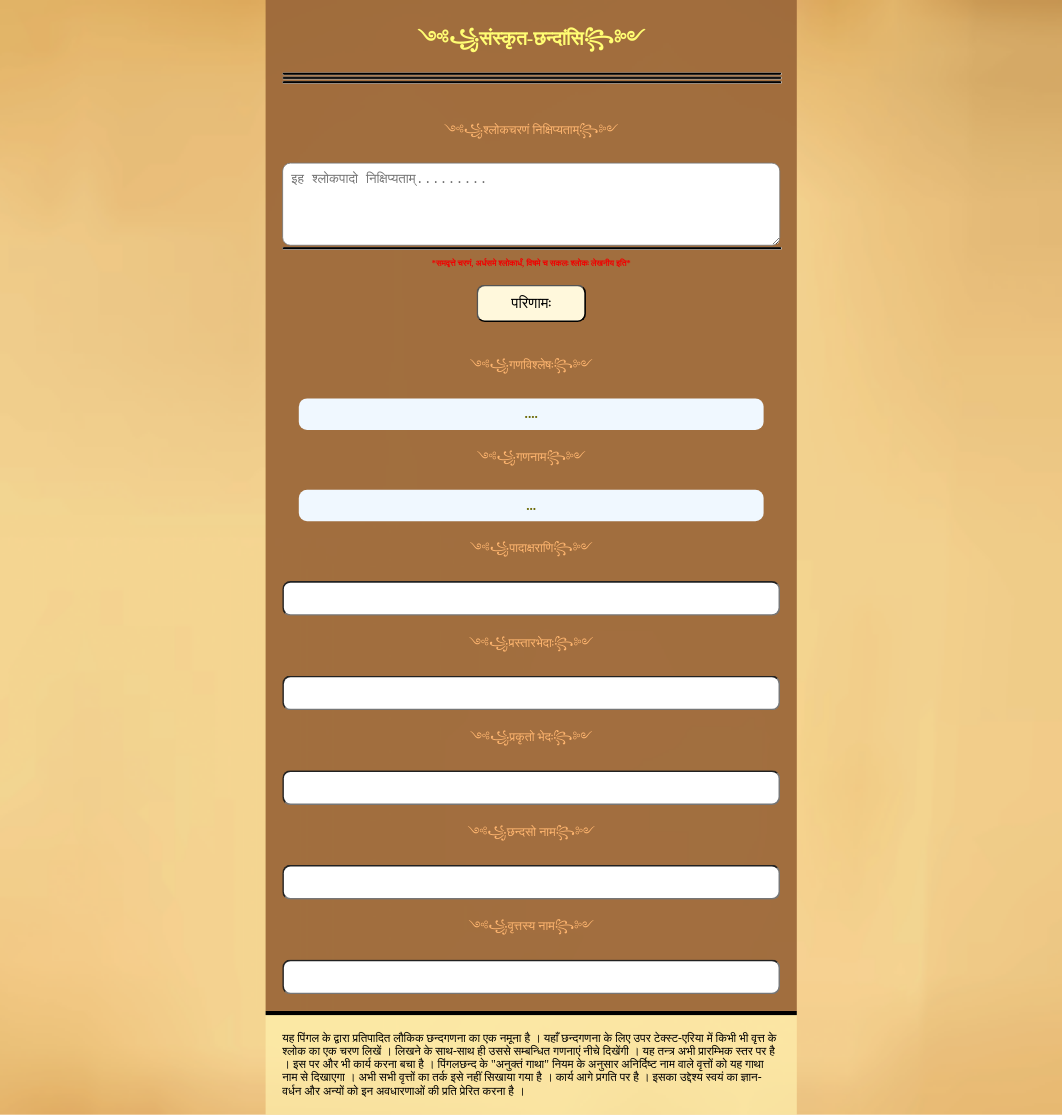
Repository: arshavak/pingala_chhand_shastram
Page: index.html
An editor plug-in stored every save of this project. The page is shown before and after a run of saves, followed by the edit.
The browser window is 1280 px wide. The pictures show the whole page, at 83% of full size.

Above is the page before, as saved 2024-10-20 17:07:18.

### index.html

<head>
<title>संस्कृत-छन्दांसि</title>
<meta name="viewport" content="width=device-width, initial-scale=1.0">

<link rel="stylesheet"  href="style.css">

</head>
<body>
<div class="contaner" id="contaner">

<h3>༺꧁संस्कृत-छन्दांसि꧂༻
</h3>
<hr><hr><hr><br>
<label for="h3">༺꧁श्लोकचरणं निक्षिप्यताम्꧂༻</label>

<textarea placeholder="इह श्लोकपादो निक्षिप्यताम्.........
" id="inp" onkeyup="lagabodhakam();"></textarea>
<hr>
<b id="note">*समवृत्ते चरणं, अर्धसमे श्लोकार्धं, विषमे च सकलः श्लोकः लेखनीय इति*</b>
<button id="btn" onclick="lagabodhakam()">परिणामः</button>
<label>༺꧁गणविश्लेषः꧂༻</label>
<h4 id="SI_vichched">....</h4>
<h4 id="falani"></h4>
<label>༺꧁गणनाम꧂༻</label>
<h4 id="fl">...</h4>
<label>༺꧁पादाक्षराणि꧂༻</label>
<input id="padaksharani" type="number"  readonly="" title="number"/>
<label>༺꧁प्रस्तारभेदाः꧂༻</label>
<input id="prastarabhedah" type="number" readonly="" title="number"/>
<label>༺꧁प्रकृतो भेदः꧂༻</label>
<input id="prakritobhedah" type="number" readonly="" title="number"/>
<label>༺꧁छन्दसो नाम꧂༻</label>
<input id="chhandasonama" type="text" readonly="" title="number"/>

<label>༺꧁वृत्तस्य नाम꧂༻</label>
<input id="vname" type="text" readonly="" title="number"/>
<span id="ktmtest"></span>

</div>

<div class="vivaran">

 <p>
     यह पिंगल के द्वारा प्रतिपादित लौकिक छन्दगणना का एक नमूना है ।
     यहाँ छन्दगणना के लिए उपर टेक्स्ट-एरिया में किभी भी वृत्त के  श्लोक का एक चरण लिखें । लिखने के साथ-साथ ही उससे सम्बन्धित गणनाएं नीचे  दिखेंगी । यह तन्त्र अभी प्रारम्भिक स्तर पर है । इस पर और भी कार्य करना बचा है । पिंगलछन्द के "अनुक्तं गाथा" नियम के अनुसार अनिर्दिष्ट नाम वाले वृत्तों  को यह गाथा नाम से दिखाएगा । अभी सभी वृत्तों का तर्क इसे नहीं सिखाया गया है । कार्य आगे प्रगति पर है । इसका उद्देश्य स्वयं का ज्ञान-वर्धन और अन्यों को इन अवधारणाओं की प्रति प्रेरित करना है ।

 </p>

</div>
<script src="Javascript files/main-script.js"></script>
<script src="Javascript files/vritt-script.js"></script>
<script src="Javascript files/gan-script.js"></script>
</body>

### style.css


*{
  padding: 0;
  margin: 0;

}

body {
  background-image: url("fotos/bgchh.png");
  background-position: center;
  background-repeat: no-repeat;

  background-size: cover;
  font-size: 20px;
}
label {
  margin-top: 15px;
  margin-bottom: 15px;
  display: block;
  font-size: 15px;
  color:#ffb670;
}

#note{
  font-size: 10px;
  margin-top: 10px;
  display: block;
  color: rgb(241, 0, 0);
}

textarea {
  min-width: 100%;
  resize: vertical;
  min-height: 100px;
  padding: 10px;
  border-radius: 10px;
  font-size: 16px;
}

input{
  outline: none;
  width: 100%;
  padding: 10px;
  border-radius: 10px;
  font-size: 16px;
}

#btn{
  margin: 20px;
  background-color: cornsilk;
  display: inline-block;
  padding: 10px 40px;
  border-radius: 10px;
  font-weight: 400px;
  font-size: 18px;
  cursor: pointer;
  transition: background-color 0.3s ease;
}

#btn :hover{
  background-color: #f9b93f;
}
#btn :active{
   transform: calc(.2);
}
.contaner{
  padding: 20px;
  position: relative;
  text-align: center;
  background-color: #9d693af0;
  max-width: 600px;
  margin: auto;

}
.vivaran{
  background-color: rgba(255, 241, 174, 0.686);
/* color: rgb(2, 98, 98); */
padding: 20px;
font-size: 14px;
max-width: 600px;
  margin: auto;
  border-top:5px solid #000000;
}

#falani{
  display:none
}
#ktmtest{
  font-size:0px;
}

h3{
  color:#fffd73;
}

h4 {
  color:#696700;
  margin: auto;
  word-wrap:break-word;
  font-weight:900;
  overflow-x:hidden;
  background-color: aliceblue;
  outline: none;
  width: 90%;
  padding: 10px;
  border-radius: 10px;
  font-size: 16px;
}

hr{
  background-color: #000000;
  height: 2px;
  width: 100%;
  border-radius: 20px;
  margin-top: 1px;
}

### Javascript files/gan-script.js
function gan(){
document.getElementById("fl").innerHTML="";
var x = document.getElementById("falani").innerText;
x=x.match(/.{1,3}/g);
var falam = document.getElementById("fl");
document.getElementById("SI_vichched").innerText=x;
for(var i = 0; i<x.length; i++){
if(x[i]=="ISI"){
falam.innerHTML+=`<b class="alrt" onclick="alert('कदा स ज्')">जगण</b>`;
}else
if(x[i]=="SSS"){
falam.innerHTML+= `<b class="alrt" onclick="alert('धीश्रीस्त्री म्')">मगण</b>`;
}else
if(x[i]=="ISS"){
falam.innerHTML+=`<b class="alrt" onclick="alert('वरा सा य्')">यगण</b>`;
}else

if(x[i]=="SIS"){
falam.innerHTML+=`<b class="alrt" onclick="alert('का गुहा र्')">रगण</b>`;
}else

if(x[i]=="IIS"){
falam.innerHTML+=`<b class="alrt" onclick="alert('वसुधा स्')">सगण</b>`;
}else

if(x[i]=="SSI"){
falam.innerHTML+=`<b class="alrt" onclick="alert('सा ते क्व त्')">तगण</b>`;
}else

if(x[i]=="SII"){
falam.innerHTML+=`<b class="alrt" onclick="alert('किं वद भ्')">भगण</b>`;
}else

if(x[i]=="III"){
falam.innerHTML+=`<b class="alrt" onclick="alert('न हसन्')">नगण</b>`;
}else

if(x[i]=="S"){
falam.innerHTML+=`<b class="alrt" onclick="alert('गन्ते , ध्रादिपरः , हे ')">गुरु</b>`;
}else

if(x[i]=="SS"){
falam.innerHTML+=`<b class="alrt" onclick="alert('गन्ते , ध्रादिपरः , हे ')">गुरुगुरु</b>`;
}else

if(x[i]=="SI"){
falam.innerHTML+=`<b class="alrt" onclick="alert('लघुगुरु')"> गुरुलघु</b>`;
}else

if(x[i]=="IS"){
falam.innerHTML+=`<b class="alrt" onclick="alert('लघुगुरु ')">लघुगुरु </b>`;
}else

if(x[i]=="II"){
falam.innerHTML+=`<b class="alrt" onclick="alert('लघु लघु')">लघु लघु</b>`;
}else

if(x[i]=="I"){
falam.innerHTML+=`<b class="alrt" onclick="alert('लघु')">लघु</b>`;
}else{
falam.innerHTML="......";
}}}

Loaded but not shown: Javascript files/main-script.js (no copy from this time; the picture is the same without it); Javascript files/vritt-script.js (no copy from this time; the picture is the same without it)

After the next 2 saves:
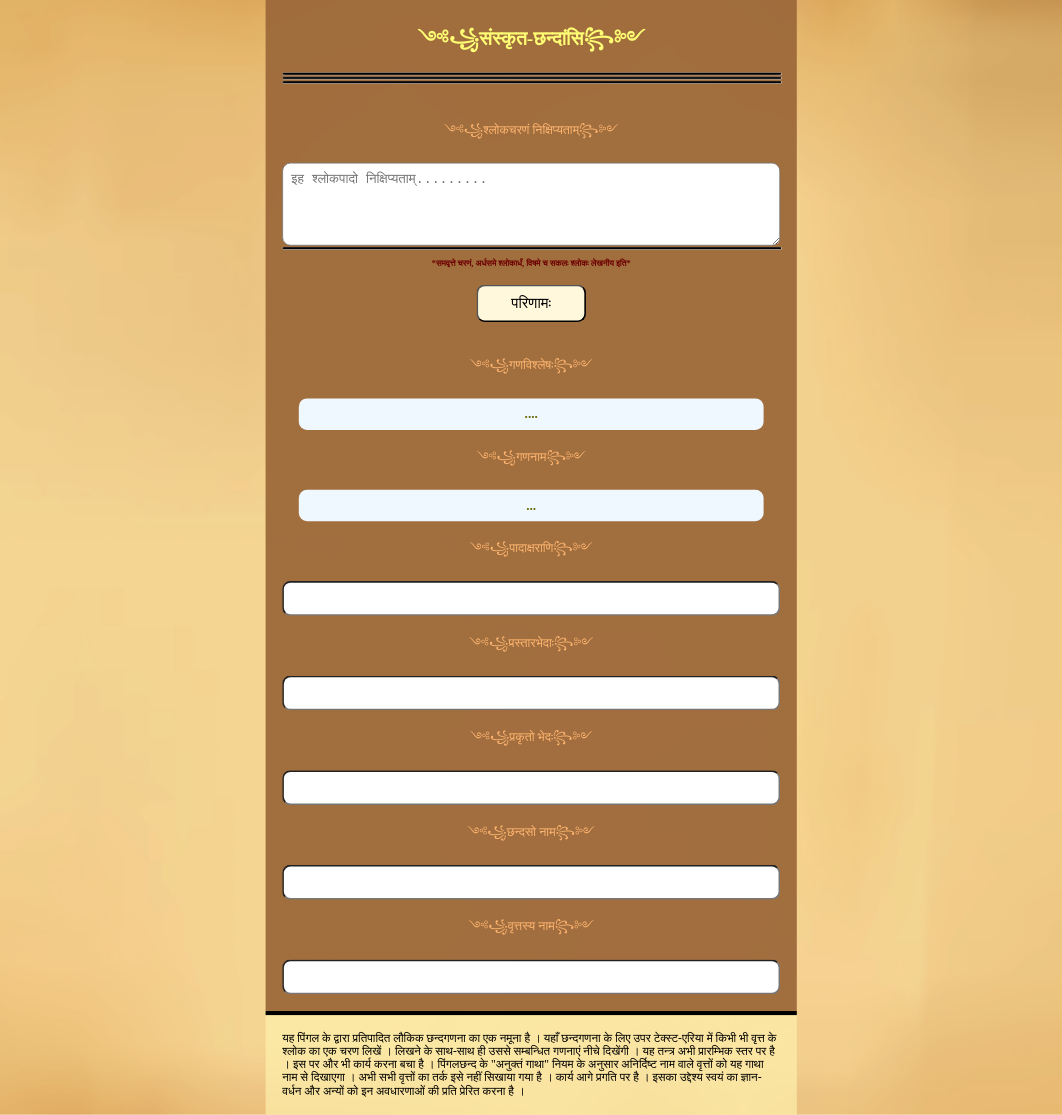
The 2 saves are shown as one change because they came seconds apart.
The last was saved 8 s later.
--- a/style.css
+++ b/style.css
@@ -26,7 +26,7 @@ label {
   font-size: 10px;
   margin-top: 10px;
   display: block;
-  color: rgb(241, 0, 0);
+  color: rgb(109, 0, 0);
 }
 
 textarea {
